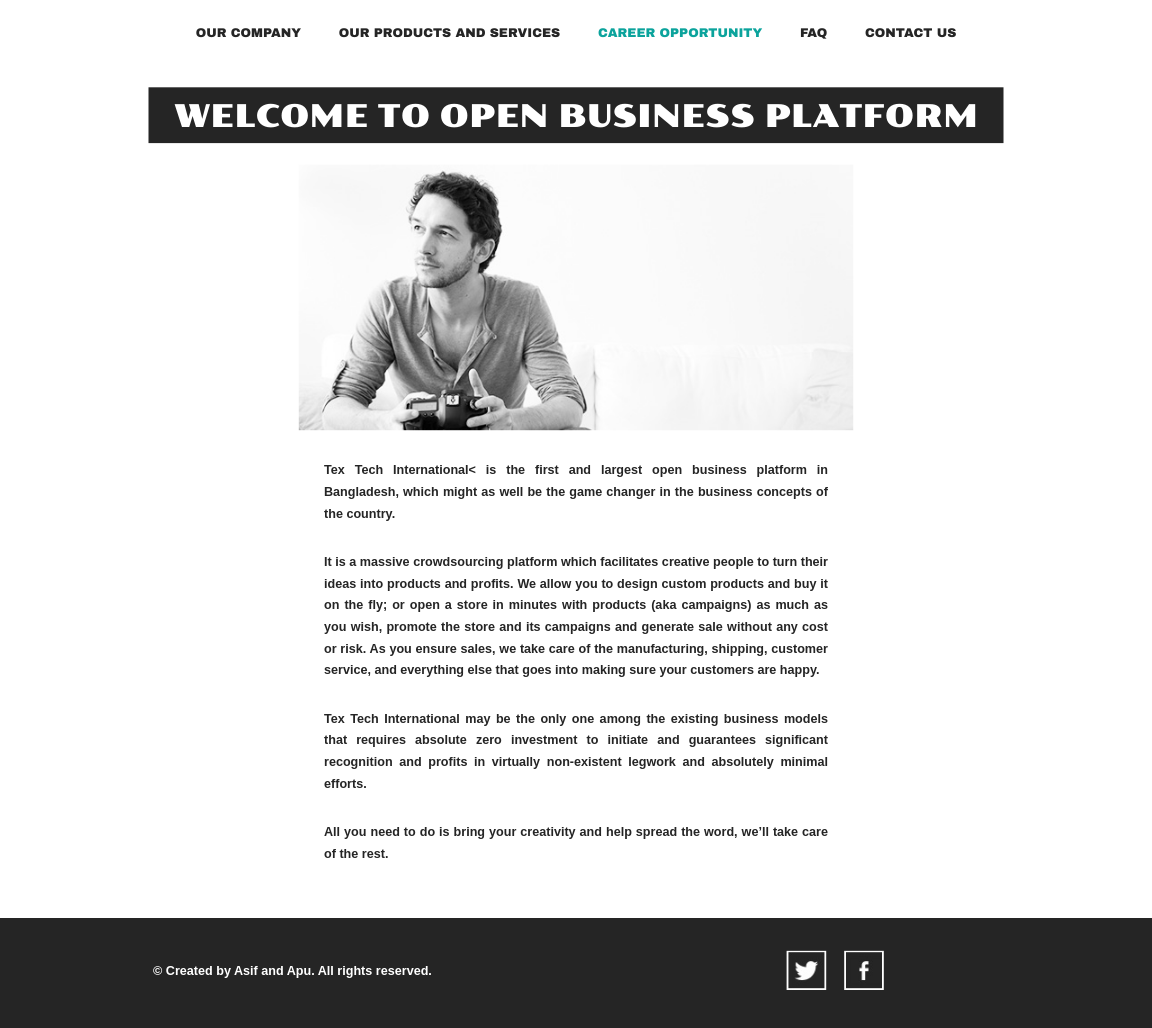
Repository: asifdotpy/textechint
Page: about.html
These files come from the project's save history. The page is drawn as it stood at one moment and after the next save; the edit follows.
The browser window is 1280 px wide. The pictures show the whole page, at 90% of full size.

Above is the page before, as saved 2021-02-24 00:50:35.

### about.html
<!doctype html>
<html>
<head>
	<meta charset="UTF-8">
	<meta name="viewport" content="width=device-width, initial-scale=1.0">
	<title>Career Opportunity - Tex Tech International</title>
	<link rel="stylesheet" type="text/css" href="css/style.css">
	<link rel="stylesheet" type="text/css" href="css/mobile.css" media="screen and (max-width : 568px)">
	<script type="text/javascript" src="js/mobile.js"></script>
</head>
<body>
	<div id="header">
		<ul id="navigation">
			<li>
				<a href="index.html">our company</a>
			</li>
			<li>
				<a href="gallery.html">Our Products and services
				</a>
			</li>
			<li class="selected">
				<a href="about.html">career opportunity</a>
			</li>
			<li>
				<a href="blog.html">faq</a>
			</li>
			<li>
				<a href="contact.html">contact us</a>
			</li>
		</ul>
	</div>
	<div id="body">
		<h1><span>Welcome to Open Business Platform</span></h1>
		<div>
			<img src="images/photographer.jpg" alt="">
			<div class="article">
				<!--<h3>Tex Tech International is the first and largest open business platform in Bangladesh</h3>-->
				<p><b>Tex Tech International< is the first and largest open business platform in Bangladesh, which might as well be the game changer in the business concepts of the country. </p>
				<!--<h3>Our goal </h3>-->
				<p>It is a massive crowdsourcing platform which facilitates creative people to turn their ideas into products and profits. We allow you to design custom products and buy it on the fly; or open a store in minutes with products (aka campaigns) as much as you wish, promote the store and its campaigns and generate sale without any cost or risk. As you ensure sales, we take care of the manufacturing, shipping, customer service, and everything else that goes into making sure your customers are happy.</p>
				<!--<h3>Be Part of Our Community</h3>-->
				<p>Tex Tech International may be the only one among the existing business models that requires absolute zero investment to initiate and guarantees significant recognition and profits in virtually non-existent legwork and absolutely minimal efforts.</p>
				<!--<h3>Work area</h3>-->
				<p>All you need to do is bring your creativity and help spread the word, we’ll take care of the rest.</p>
			</div>
		</div>
	</div>
	<div id="footer">
		<div>
			<p>&copy; Created by Asif and Apu. All rights reserved.</p>
			<ul>
				<li>
					<a href="http://freewebsitetemplates.com/go/twitter/" id="linkedin">lindedin</a>
				</li>
				<li>
					<a href="https://www.facebook.com/textechint" target="_blank" id="facebook">facebook</a>
			</ul>
		</div>
	</div>
</body>
</html>

### css/style.css
@font-face {
	font-family: 'poller_oneregular';
	src: url('../fonts/pollerone/pollerone-webfont.eot');
	src: url('../fonts/pollerone/pollerone-webfont.eot?#iefix') format('embedded-opentype'),
		 url('../fonts/pollerone/pollerone-webfont.woff') format('woff'),
		 url('../fonts/pollerone/pollerone-webfont.ttf') format('truetype'),
		 url('../fonts/pollerone/pollerone-webfont.svg#poller_oneregular') format('svg');
}
@font-face {
	font-family: 'leckerli_oneregular';
	src: url('../fonts/leckerlione/leckerlione-regular-webfont.eot');
	src: url('../fonts/leckerlione/leckerlione-regular-webfont.eot?#iefix') format('embedded-opentype'),
		 url('../fonts/leckerlione/leckerlione-regular-webfont.woff') format('woff'),
		 url('../fonts/leckerlione/leckerlione-regular-webfont.ttf') format('truetype'),
		 url('../fonts/leckerlione/leckerlione-regular-webfont.svg#leckerli_oneregular') format('svg');
}

body {
	background: #fff;
	font-family: Arial, Helvetica, sans-serif;
	font-size: 14px;
	font-weight: normal;
	line-height: 1;
	margin: 0;
	min-width: 960px;
	padding: 0;
}
p {
	color: #252525;
	line-height: 24px;
	margin: 0;
	padding: 0;
}
p a {
	color: #252525;
	text-decoration: underline;
}
p a:hover {
	color: #898989;
}
#header {
	margin: 0 auto;
	padding: 4px 0 50px;
	text-align: center;
	width: 960px;
}
#header a.logo {
	display: block;
	margin: 0 auto;
	padding: 0;
	width: 340px;
}
#header a.logo img {
	border: 0;
	display: block;
	margin: 0;
	padding: 0;
}
#header ul {
	margin: 0;
	padding: 25px 0 0;
}
#header ul li {
	display: inline;
	list-style: none;
	margin: 0;
	padding: 0 19px;
}
#header ul li a {
	color: #252525;
	display: inline-block;
	font-family: "Arial Black", Gadget, sans-serif;
	font-size: 14px;
	font-weight: normal;
	margin: 0;
	padding: 0 0 3px;
	text-decoration: none;
	text-transform: uppercase;
}
#header ul li a:hover, #header ul li.selected a {
	color: #0ba39c;
}
#body {
	margin: 0;
	padding: 0 0 30px;
	text-align: center;
}
#body h1 {
	color: #fff;
	display: inline;
	font-family: poller_oneregular;
	font-size: 35px;
	font-weight: normal;
	margin: 0;
	padding: 0;
	text-transform: uppercase;
}
#body h1 span {
	background: #252525;
	display: inline-block;
	padding: 15px 28px 12px;
}
#body > div {
	margin: 0 auto;
	padding: 0;
	width: 960px;
}
#body > div img {
	border: 0 auto;
	margin: 24px 0 0;
	padding: 0;
}
#body > div .article {
	margin: 0 auto;
	padding: 30px 30px 0;
	width: 560px;
}
#body > div .article h2 {
	font-family: "Arial Black", Gadget, sans-serif;
	font-size: 25px;
	font-weight: normal;
	margin: 0 0 30px;
}
#body > div .article h3 {
	color: #252525;
	line-height: 24px;
	margin: 0;
	padding: 0;
}
#body > div .article h4 {
	background: #252525;
	color: #fff;
	display: inline-block;
	font-family: "Arial Black", Gadget, sans-serif;
	font-size: 25px;
	font-weight: normal;
	margin: 0 0 30px;
	padding: 8px 27px 10px;
}
#body > div .article p {
	margin: 0 0 30px;
	text-align: justify;
}
#body div div ul {
	margin: 0;
	padding: 24px 10px 0;
	width: 940px;
	list-style-type: none;
}
#body div div ul li {
	border: 2px solid #1a1a1a;
	display: block;
	list-style: none;
	margin: 0 0 13px;
	overflow: hidden;
	padding: 0;
}
#body div ul li .figure {
	border-right: 2px solid #1a1a1a;
	float: left;
	margin: 0;
	padding: 0;
	width: 376px;
}
#body div ul li img {
	border: 0;
	display: block;
	margin: 0;
	padding: 0;
	opacity: 0.8;
	transition: 0.5s ease-in-out;
}
#body div ul li .figure:hover img {
	opacity: 1;
}
#body div ul li div {
	float: left;
	margin: 0;
	padding: 63px 0 20px;
	width: 558px;
}
#body div ul li div h3 {
	color: #252525;
	font-family: "Arial Black", Gadget, sans-serif;
	font-size: 25px;
	font-weight: normal;
	margin: 0;
	padding: 0;
	text-transform: uppercase;
}
#body div ul li div p {
	padding: 30px 30px 18px;
}
#body div ul li div a.more {
	background: #000;
	color: #fff;
	display: inline-block;
	font-family: "Arial Black", Gadget, sans-serif;
	font-size: 18px;
	font-weight: normal;
	margin: 0;
	padding: 8px 28px;
	text-decoration: none;
	text-transform: uppercase;
}
#body div ul li div a.more:hover {
	color: #252525;
	background: #fff;
	border: 2px solid #252525;
}
#body #featured {
	margin: 0 0 13px;
	padding: 0;
	position: relative;
	width: 100%;
}
#body #featured img {
	border: 0;
	display: block;
	margin: 0;
	padding: 0;
	width: 100%;
	height: auto;
}
#body #featured div {
	left: 50%;
	margin-left: -480px;
	margin-top: -171px;
	padding: 0 0 0 470px;
	position: absolute;
	top: 50%;
	text-align: left;
	width: 490px;
}
#body #featured div h2 {
	background: #fff;
	color: #000;
	display: inline-block;
	font-family: poller_oneregular;
	font-size: 20px;
	font-weight: normal;
	margin: 0 0 18px;
	padding: 23px 27px 20px;
	text-transform: uppercase;
}
#body #featured div span {
	background: #252525;
	color: #fff;
	display: inline-block;
	font-size: 20px;
	margin: 7px 0;
	padding: 12px 27px;
}
#body #featured div a {
	background: #0ba39c;
	color: #fff;
	display: inline-block;
	font-size: 16px;
	margin: 15px 0 0;
	padding: 26px 27px 22px;
	text-align: center;
	text-decoration: none;
	text-transform: uppercase;
}
#body #featured div a:hover {
	background: #1fc3bc;
}
#body > ul {
	margin: 0 auto;
	overflow: hidden;
	padding: 24px 0 0;
	width: 960px;
}
#body > ul li {
	display: block;
	float: left;
	margin: 0 10px 20px;
	padding: 0;
	width: 300px;
}
#body > ul li a {
	color: #000;
	display: block;
	font-family: poller_oneregular;
	font-size: 20px;
	font-weight: normal;
	margin: 0;
	padding: 0;
	text-align: center;
	text-decoration: none;
	text-transform: uppercase;
}
#body > ul li a img {
	border: 2px solid #1a1a1a;
	display: block;
	margin: 0;
	padding: 0;
	opacity: .8;
	transition: 0.5s ease-in-out;
}
#body > ul li a:hover img {
	opacity: 1;
}
#body > ul li a span {
	display: block;
	margin: 0;
	padding: 33px 0 0;
}
#body form {
	margin: 0 auto;
	padding: 24px 0 0;
	width: 620px;
}
#body form input, #body form textarea {
	border: 2px solid #252525;
	color: #252525;
	font-family: Arial, Helvetica, sans-serif;
	font-size: 15px;
	font-weight: normal;
	margin: 0 0 37px;
	padding: 20px 10px;
	text-align: center;
	text-transform: uppercase;
	width: 596px;
}
#body form textarea {
	height: 175px;
	overflow: auto;
	resize: none;
}
#body form #send {
	background: #252525;
	color: #fff;
	font-family: "Arial Black", Gadget, sans-serif;
	font-size: 15px;
	font-weight: normal;
	display: inline-block;
	padding: 20px 28px;
	width: auto;
}
#body form #send:hover {
	background: #fff;
	color: #252525;
	cursor: pointer;
}
#footer {
	background: #252525;
	margin: 0;
	padding: 36px 0 42px;
}
#footer div {
	margin: 0 auto;
	overflow: hidden;
	padding: 0;
	width: 960px;
}
#footer div p {
	color: #fff;
	float: left;
	line-height: 44px;
	margin: 0 0 0 10px;
	padding: 0;
}
#footer div ul {
	display: block;
	float: right;
	margin: 0;
	overflow: hidden;
	padding: 0;
	width: 256px;
}
#footer div ul li {
	display: block;
	float: left;
	list-style: none;
	margin: 0 10px;
	padding: 0;
	width: 44px;
}
#footer div ul li a {
	background: url(../images/icons.jpg) no-repeat 0 0;
	display: block;
	height: 44px;
	margin: 0;
	padding: 0;
	text-indent: -99999px;
	width: 44px;
}
#footer div ul li #linkedin {
	background-position: 0 0;
}
#footer div ul li #linkedin:hover {
	background-position: -44px 0;
}
#footer div ul li #facebook {
	background-position: 0 -44px;
}
#footer div ul li #facebook:hover {
	background-position: -44px -44px;
}

div .intro h1 {
	margin: 0px 50px;
	padding: 0px 50px;
	background-color: #0ba39c;
	text-decoration: #1a1a1a;
}

div .intro p {
	margin: 10px;
	padding: 10px;
	font-size: 16px;
}

div .main {
	font-size: 15px;
}



.post-container {
    margin: 20px 20px 0 0;
    border: 5px solid #333;
    overflow: auto
}
.post-thumb {
    float: left;
}
.post-thumb img {
    display: block;
}
.post-content {
    margin-left: 210px
}
.post-title {
    font-weight: bold;
    font-size: 200%
}

div .main {
	text-align: justify;
}

div .article

### js/mobile.js
window.onload = function(){
	var getNavi = document.getElementById('navigation');

	var mobile = document.createElement("span");
	mobile.setAttribute("id","mobile-navigation");
	getNavi.parentNode.insertBefore(mobile,getNavi);

	document.getElementById('mobile-navigation').onclick = function(){
		var a = getNavi.getAttribute('style');
		if(a){
			getNavi.removeAttribute('style');
			document.getElementById('mobile-navigation').style.backgroundImage='url(images/mobile-menu.png)';
		} else {
			getNavi.style.display='block';
			document.getElementById('mobile-navigation').style.backgroundImage='url(images/mobile-close.png)';
		}
	};
	var getElm = getNavi.getElementsByTagName("LI");
	for(var i=0;i<getElm.length;i++){
		if(getElm[i].children.length>1){
			var smenu = document.createElement("span");
			smenu.setAttribute("class","mobile-submenu");
			smenu.setAttribute("OnClick","submenu("+i+")");
			getElm[i].appendChild(smenu);
		};
	};
	submenu = function (i){
		var sub = getElm[i].children[1];
		var b = sub.getAttribute('style');
		if(b){
			sub.removeAttribute('style');
			getElm[i].lastChild.style.backgroundImage='url(images/mobile-expand.png)';
			getElm[i].lastChild.style.backgroundColor='rgba(11, 163, 156, 0.7)';
		} else {
			sub.style.display='block';
			getElm[i].lastChild.style.backgroundImage='url(images/mobile-collapse.png)';
			getElm[i].lastChild.style.backgroundColor='rgba(0,0,0,0.8)';
		}
	};
};

### css/mobile.css
body {
	min-width: 0;
}
#header {
	padding: 20px 0;
	position: relative;
	width: 100%;
}
#header a.logo {
	width: 80%;
}
#header a.logo img {
	width: 100%;
}
#mobile-navigation {
	background: url(../images/mobile-menu.png) no-repeat 0 0;
	display: block;
	height: 50px;
	margin: 30px auto 0;
	padding: 0;
	width: 50px;
}
#header ul {
	border: 1px solid #fff;
	display: none;
	left: 50%;
	margin-left: -45%;
	padding: 0;
	position: absolute;
	width: 90%;
	z-index: 1001;
}
#header ul li {
	border-top: 1px solid #fff;
	display: block;
	margin: 0;
	padding: 0;
	position: relative;
}
#header > ul > li:first-child {
	border: 0;
}
#header ul li a {
	background: rgba(11, 163, 156, 0.9);
	color: #fff;
	display: block;
	font-family: Arial, Helvetica, sans-serif;
	font-size: 16px;
	font-weight: normal;
	height: 49px;
	line-height: 49px;
	padding: 0 15px;
	text-align: left;
}
#header ul li a:hover, #header ul li.selected a {
	background: rgba(0, 0, 0, 0.9);
	color: #fff;
}
#header ul ul {
	display: none;
	border: 0;
	height: auto;
	left: 0;
	margin: 0;
	position: relative;
	width: 100%;
}
#header ul ul li a {
	text-indent: 15px;
}
#header ul li span {
	background: rgba(11, 163, 156, 0.9) url(../images/mobile-expand.png) no-repeat 0 0;
	border-left: 1px solid #fff;
	display: block;
	height: 49px;
	position: absolute;
	right: 0;
	top: 0;
	width: 50px;
}
#body {
	width: 100%;
}
#body h1 {
	display: block;
	font-size: 20px;
	margin: 0 auto;
	width: 90%;
}
#body h1 span {
	display: block;
	padding: 3%;
	width: 94%;
}
#body > div {
	padding: 0 5%;
	width: 90%;
}
#body > div img {
	margin: 24px 0 30px;
	width: 98%
}
#body > div .article {
	padding: 0;
	width: 100%;
}
#body > div .article h2, #body > div .article h4 {
	font-size: 18px;
	font-weight: bold;
}
#body #featured {
	overflow: hidden;
	margin: 0 0 20px
}
#body #featured img {
	min-width: 960px;
}
#body #featured div {
	left: 0;
	margin: 0;
	padding: 0 2%;
	position: absolute;
	top: 0;
	text-align: left;
	width: 96%;
}
#body #featured div h2 {
	font-size: 14px;
	font-weight: normal;
	margin: 50px 0 10px;
	padding: 8px 5px;
}
#body #featured div span {
	display: block;
	font-size: 14px;
	margin: 10px 0;
	padding: 10px;
}
#body #featured div a {
	font-size: 14px;
	margin: 5px 0 0;
	padding: 10px;
}
#body > ul {
	overflow: visible;
	padding: 0 5%;
	width: 90%;
}
#body ul.gallery {
	padding: 5% 0;
	overflow: hidden;
	width: 100%;
}
#body > ul li {
	float: none;
	margin: 0;
	width: 100%;
}
#body ul.gallery li {
	float: left;
	margin: 0 0 5% 5%;
	width: 42%;
}
#body > ul li a img {
	width: 98%;
}
#body > ul li a span {
	padding: 15px 0;
}
#body div ul {
	margin: 0;
	padding: 20px 0 0;
	width: 100%;
}
#body div ul li {
	overflow: visible;
	padding: 0 0 20px;
	width: 99%;
}
#body div ul li .figure {
	border: 0;
	display: block;
	float: none;
	margin: 0 0 20px;
	width: 100%;
}
#body div ul li .figure img {
	width: 100%;
}
#body div ul li div {
	float: none;
	padding: 0;
	width: 100%;
}
#body div ul li div a.more:hover {
	height: 14px;
	line-height: 14px;
}
#body form {
	width: 100%;
}
#body form input, #body form textarea {
	margin: 0 0 20px;
	padding: 10px;
	width: 84%;
}
#body form #send {
	padding: 10px;
}
#footer {
	padding: 10px 0 25px;
}
#footer div {
	overflow: visible;
	width: 100%;
}
#footer div p {
	float: none;
	margin: 0;
	text-align: center;
}
#footer div ul {
	float: none;
	margin: 0 auto;
	width: 256px;
}

After the next save:
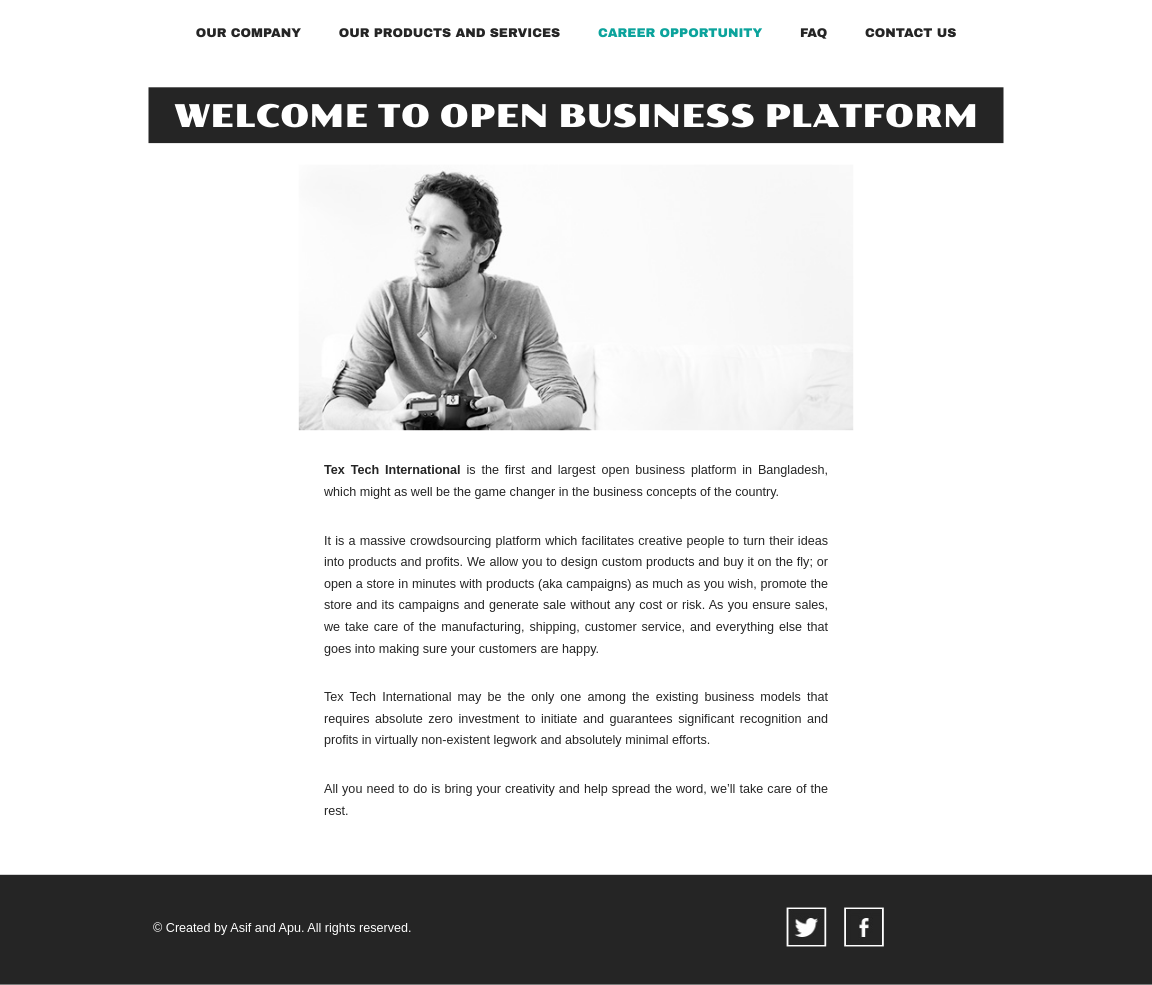
Saved 4 s later.
--- a/about.html
+++ b/about.html
@@ -35,7 +35,7 @@
 			<img src="images/photographer.jpg" alt="">
 			<div class="article">
 				<!--<h3>Tex Tech International is the first and largest open business platform in Bangladesh</h3>-->
-				<p><b>Tex Tech International< is the first and largest open business platform in Bangladesh, which might as well be the game changer in the business concepts of the country. </p>
+				<p><b>Tex Tech International</b> is the first and largest open business platform in Bangladesh, which might as well be the game changer in the business concepts of the country. </p>
 				<!--<h3>Our goal </h3>-->
 				<p>It is a massive crowdsourcing platform which facilitates creative people to turn their ideas into products and profits. We allow you to design custom products and buy it on the fly; or open a store in minutes with products (aka campaigns) as much as you wish, promote the store and its campaigns and generate sale without any cost or risk. As you ensure sales, we take care of the manufacturing, shipping, customer service, and everything else that goes into making sure your customers are happy.</p>
 				<!--<h3>Be Part of Our Community</h3>-->
